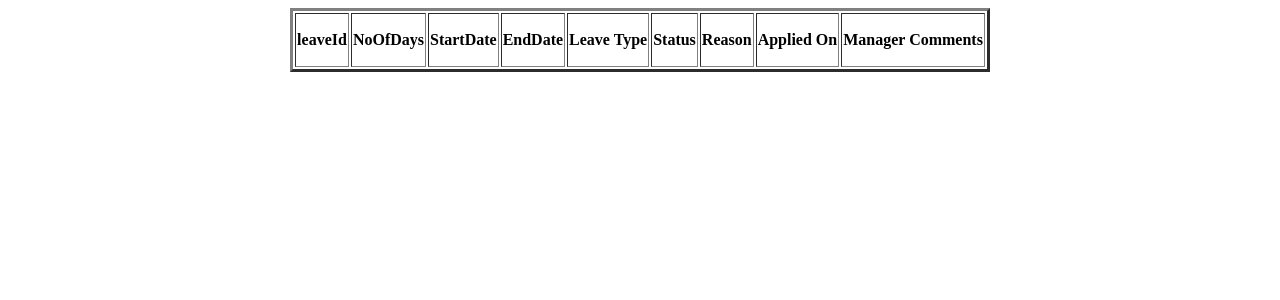
Repository: vinodkumarr269/mode1
Page: day14/EMS/WebContent/MyLeave.html
An editor plug-in stored every save of this project. The page is shown before and after the next save, followed by the edit.
The browser window is 1280 px wide. The pictures show the whole page.

Above is the page before, as saved 2019-08-28 10:14:46.

After the next save:
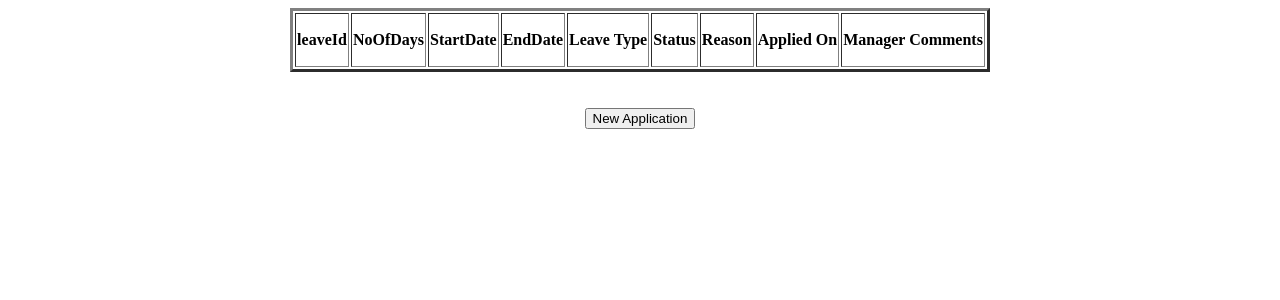
Saved 49 min 47 s later.
--- a/day14/EMS/WebContent/MyLeave.html
+++ b/day14/EMS/WebContent/MyLeave.html
@@ -23,7 +23,7 @@
                   <th>Manager Comments</th>
                </tr>
                </table>  <br/><br/>
-
+                <input type="submit" value="New Application">
           </center>
           </form>
 
